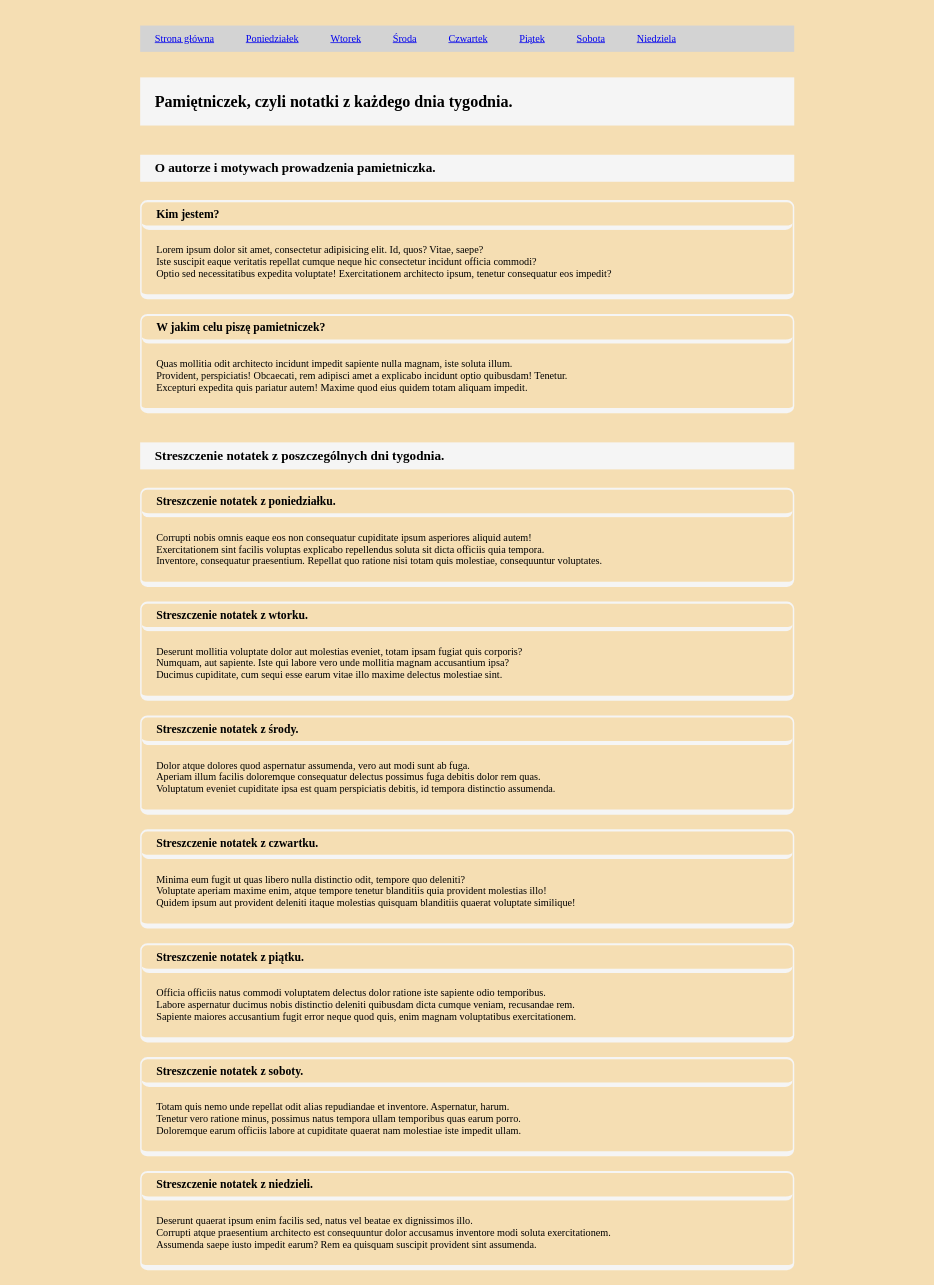
Repository: ArturNatwora/hompage
Page: index.html
The author's editor kept a copy of each file at every save. The page is drawn from the files as they stood at one save, then again after the next save.
The browser window is 1280 px wide. The pictures show the whole page, at 73% of full size.

Above is the page before, as saved 2019-06-11 19:57:46.

### index.html
<!DOCTYPE html>
<html lang="pl">

<head>
    <meta charset="UTF-8">
    <meta name="viewport" content="width=device-width, initial-scale=1.0">
    <meta http-equiv="X-UA-Compatible" content="ie=edge">
    <link rel="stylesheet" href="index.css">
    <title>Strona domowa w ramach kursu WTf CO TEN FRONTEND.</title>
</head>

<body>
    <header class="bodyHeader">
        <nav class="bodyHeader__nav">
            <ul class="bodyHeader__navListLink" >
                <li class="bodyHeader__navItemLink"><a class="bodyHeader__navLink" href="index.html">Strona główna</a></li>
                <li class="bodyHeader__navItemLink"><a class="bodyHeader__navLink" href="./days/1.html">Poniedziałek</a></li>
                <li class="bodyHeader__navItemLink"><a class="bodyHeader__navLink" href="./days/2.html">Wtorek</a></li>
                <li class="bodyHeader__navItemLink"><a class="bodyHeader__navLink" href="./days/3.html">Środa</a></li>
                <li class="bodyHeader__navItemLink"><a class="bodyHeader__navLink" href="./days/4.html">Czwartek</a></li>
                <li class="bodyHeader__navItemLink"><a class="bodyHeader__navLink" href="./days/5.html">Piątek</a></li>
                <li class="bodyHeader__navItemLink"><a class="bodyHeader__navLink" href="./days/6.html">Sobota</a></li>
                <li class="bodyHeader__navItemLink"><a class="bodyHeader__navLink" href="./days/7.html">Niedziela</a></li>
            </ul>
        </nav>
        <h1 class="bodyHeader__title">Pamiętniczek, czyli notatki z każdego dnia tygodnia.</h1>
    </header>
    <main class="main">
        <section class="section">
            <h2 class="section__title">O autorze i motywach prowadzenia pamietniczka.</h2>
            <article class="article">
                <h3 class="article__title">Kim jestem?</h3>
                <p>Lorem ipsum dolor sit amet, consectetur adipisicing elit. Id, quos? Vitae, saepe?</p>
                <p>Iste suscipit eaque veritatis repellat cumque neque hic consectetur incidunt officia commodi?</p>
                <p>Optio sed necessitatibus expedita voluptate! Exercitationem architecto ipsum, tenetur consequatur eos
                    impedit?</p>
            </article>
            <article class="article">

                <h3 class="article__title">W jakim celu piszę pamietniczek?</h3>
                <p>Quas mollitia odit architecto incidunt impedit sapiente nulla magnam, iste soluta illum.</p>
                <p>Provident, perspiciatis! Obcaecati, rem adipisci amet a explicabo incidunt optio quibusdam! Tenetur.
                </p>
                <p>Excepturi expedita quis pariatur autem! Maxime quod eius quidem totam aliquam impedit.</p>
            </article>

        </section>

        <section class="section">
                <h2 class="section__title">Streszczenie notatek z poszczególnych dni tygodnia.</h2>
                <article class="article">
                    <h3 class="article__title">Streszczenie notatek z poniedziałku.</h3>
                    <p>Corrupti nobis omnis eaque eos non consequatur cupiditate ipsum asperiores aliquid autem!</p>
                    <p>Exercitationem sint facilis voluptas explicabo repellendus soluta sit dicta officiis quia
                        tempora.</p>
                    <p>Inventore, consequatur praesentium. Repellat quo ratione nisi totam quis molestiae, consequuntur
                        voluptates.</p>
                </article>
                <article class="article">
                    <h3 class="article__title">Streszczenie notatek z wtorku.</h3>
                    <p>Deserunt mollitia voluptate dolor aut molestias eveniet, totam ipsam fugiat quis corporis?</p>
                    <p>Numquam, aut sapiente. Iste qui labore vero unde mollitia magnam accusantium ipsa?</p>
                    <p>Ducimus cupiditate, cum sequi esse earum vitae illo maxime delectus molestiae sint.</p>
                </article>
                <article class="article">
                    <h3 class="article__title">Streszczenie notatek z środy.</h3>
                    <p>Dolor atque dolores quod aspernatur assumenda, vero aut modi sunt ab fuga.</p>
                    <p>Aperiam illum facilis doloremque consequatur delectus possimus fuga debitis dolor rem quas.</p>
                    <p>Voluptatum eveniet cupiditate ipsa est quam perspiciatis debitis, id tempora distinctio
                        assumenda.</p>
                </article>
                <article class="article">
                    <h3 class="article__title">Streszczenie notatek z czwartku.</h3>
                    <p>Minima eum fugit ut quas libero nulla distinctio odit, tempore quo deleniti?</p>
                    <p>Voluptate aperiam maxime enim, atque tempore tenetur blanditiis quia provident molestias illo!
                    </p>
                    <p>Quidem ipsum aut provident deleniti itaque molestias quisquam blanditiis quaerat voluptate
                        similique!</p>
                </article>
                <article class="article">
                    <h3 class="article__title">Streszczenie notatek z piątku.</h3>
                    <p>Officia officiis natus commodi voluptatem delectus dolor ratione iste sapiente odio temporibus.
                    </p>
                    <p>Labore aspernatur ducimus nobis distinctio deleniti quibusdam dicta cumque veniam, recusandae
                        rem.</p>
                    <p>Sapiente maiores accusantium fugit error neque quod quis, enim magnam voluptatibus
                        exercitationem.</p>
                </article>
                <article class="article">
                    <h3 class="article__title">Streszczenie notatek z soboty.</h3>
                    <p>Totam quis nemo unde repellat odit alias repudiandae et inventore. Aspernatur, harum.</p>
                    <p>Tenetur vero ratione minus, possimus natus tempora ullam temporibus quas earum porro.</p>
                    <p>Doloremque earum officiis labore at cupiditate quaerat nam molestiae iste impedit ullam.</p>
                </article>
                <article class="article">
                    <h3 class="article__title">Streszczenie notatek z niedzieli.</h3>
                    <p>Deserunt quaerat ipsum enim facilis sed, natus vel beatae ex dignissimos illo.</p>
                    <p>Corrupti atque praesentium architecto est consequuntur dolor accusamus inventore modi soluta
                        exercitationem.</p>
                    <p>Assumenda saepe iusto impedit earum? Rem ea quisquam suscipit provident sint assumenda.</p>
                </article>
            </section>


    </main>
    <script src="index.js"></script>
</body>

</html>

### index.css

*{
    margin: 0;
    padding: 0;
    box-sizing: border-box;
    font-size: 14px;
}


body{
    width: 70%;
    margin:  auto;
    background: wheat;

}

.bodyHeader {
    width: 100%;

    display: block;
    position: relative;


}
.bodyHeader__nav{
    background: lightgrey;
    width: 100%;
    height: auto;
    margin: 35px 0;

    display: block;
}
.bodyHeader__navListLink {
    width: 100%;
    list-style: none;
    display: block;
}
.bodyHeader__navItemLink{
    display: inline-block;
    margin: 10px 20px;
}

.bodyHeader__title{
    font-size: 22px;
    display: block;
    margin:16px 0;
    padding: 20px;
    background: whitesmoke;
}
.section{
    width: 100%;
    margin:40px 0 0 0 ;




}
.section__title{
    width: 100%;
    font-size: 18px;
    display: block;
    margin:25px 0;
    padding: 8px 20px;
    background: whitesmoke;
}
.article{

    display: block;
    margin:0 0 20px 0;
    padding:0 0 20px 0px;
    border-width: 3px 2px 7px 2px ;
    border-style: solid;
    border-color: whitesmoke;
    border-radius: 10px;

}
.article__title{
    font-size: 16px;
    display: block;
    margin:0 0 20px 0 ;
    padding: 7px 20px;

    border-width: 0 0 6px 0 ;
    border-style: solid;
    border-color: whitesmoke;
    border-radius: 10px;

}
p{
    text-align: justify;
    padding: 0 20px;
}

Loaded but not shown: index.js (no copy from this time; the picture is the same without it)

After the next save:
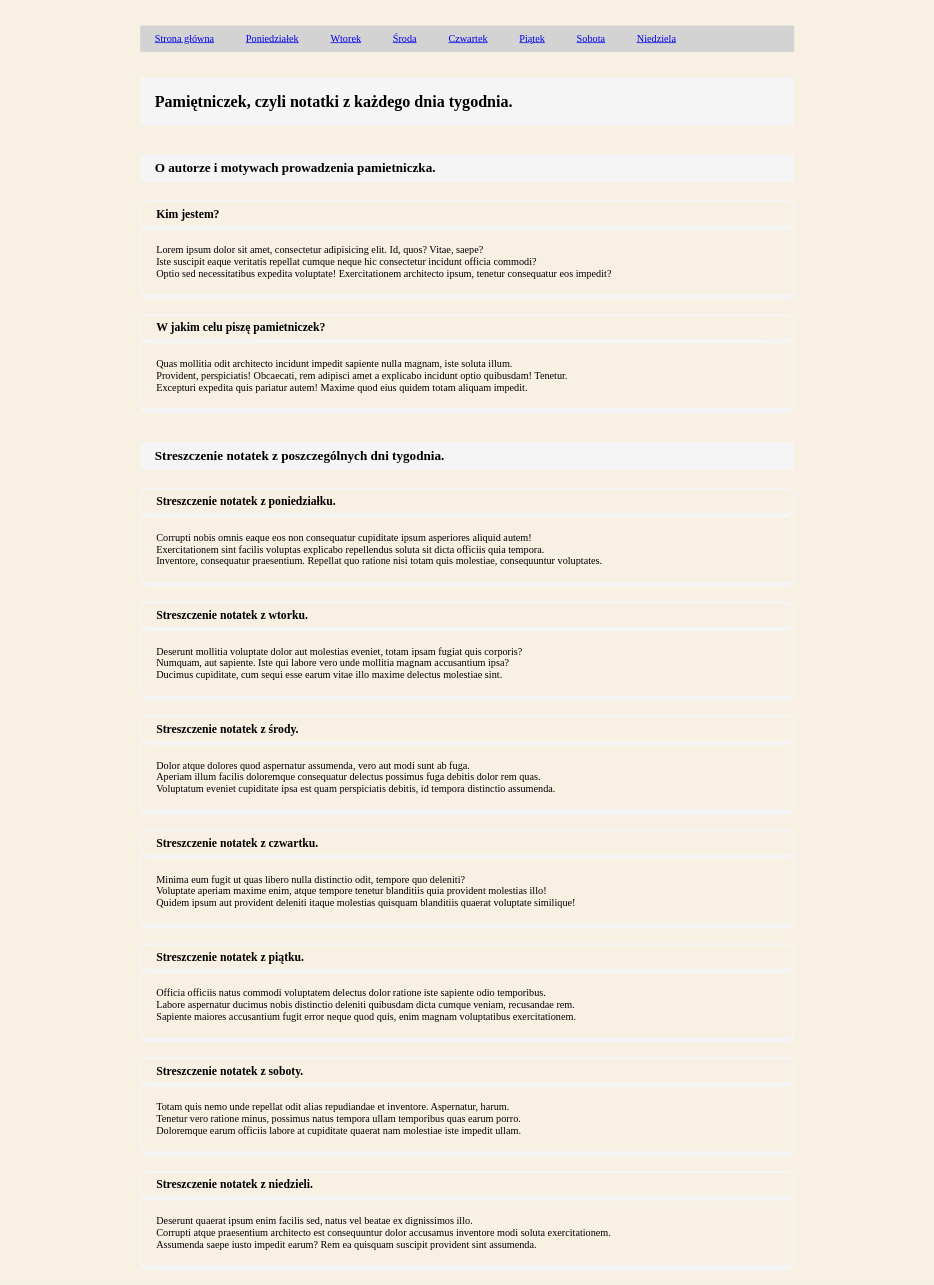
Saved 89 s later.
--- a/index.css
+++ b/index.css
@@ -10,7 +10,7 @@
 body{
     width: 70%;
     margin:  auto;
-    background: wheat;
+    background: rgb(247, 240, 227);
 
 }
 
